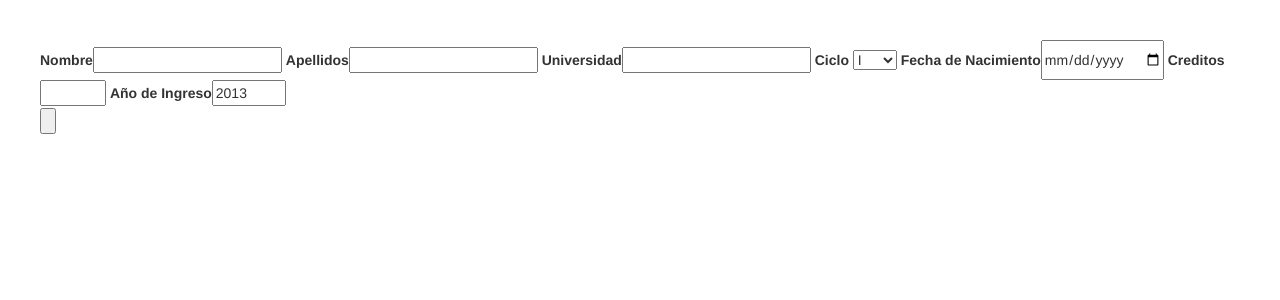
Repository: yoshitomimaehara/sdpa
Page: http://localhost/Sistema_de_Pruebas_Academicas/alumno_insertar.jsp
The author's editor kept a copy of each file at every save. The page is drawn from the files as they stood at one save, then again after the next save.
The browser window is 1280 px wide. The pictures show the whole page.
The page is served by Tomcat 9. Other server files are loaded and not shown.

Above is the page before, as saved 2013-10-06 22:26:02.
Console error: TypeError: $(...).alert is not a function

### Web/Sistema de Pruebas Academicas/Sistema de Pruebas Academicas/WebContent/alumno_insertar.jsp
<%@ page language="java" contentType="text/html; charset=ISO-8859-1"
    pageEncoding="ISO-8859-1"%>
<%@ taglib prefix="c" uri="http://java.sun.com/jsp/jstl/core" %>
<!DOCTYPE html>
<html>
<head>
<title></title>
<link rel="stylesheet" type="text/css" href="css\styles.css"/>
<link rel="stylesheet" href="css\bootstrap.min.css">
<script src="js\jquery.js"></script>
<script src="js\scripts.js"></script>

</head>
<body>
	<form>
		<label>Nombre</label><input type="text" />
		<label>Apellidos</label><input type="text"/>
		<label>Universidad</label><input type="text"/>
		<label>Ciclo</label>
		<c:set var="ciclos" value="I,II,III,IV,V,VI,VII,VIII,IX,X,XI"></c:set>
		<select>
		<c:forTokens items="${ciclos}" delims="," var="ciclo">
		<option><c:out value="${ciclo}"></c:out></option>
		</c:forTokens>
		</select>
		<label>Fecha de Nacimiento</label><input type="date"/>
		<label>Creditos</label><input type="number" min="1" max="5" step="0.5"/>
		<label>Año de Ingreso</label><input type="number" min="2000" max="2013" value="2013"/>
		<br/>
		<input type="button"/>
	</form>
</body>
</html>

### Web/Sistema de Pruebas Academicas/Sistema de Pruebas Academicas/WebContent/css/styles.css
/*
Nombre:styles.css
Descripcion:Hoja de Estilos
Autores:Yoshitomi Maehara/Liliana Gonzales
Email:
*/
/* universal */
*{
}

/*etiquetas*/
body{
	padding:40px;
}

/* identificadores */
#ingresar{
	background-color: #5162F6;
	color:white;
}

#ingresar:hover{
	background-color: white;
	color:black;

}

#link_contrasenia{
	text-decoration:none;
}

#link_contrasenia:hover{
	text-decoration:none;
}

#academico{
	padding:10px;
	clear: none;
}

#academico:hover{
	display:block;
	padding:10px;
}

/* clases */
.cabecera_index{
  padding:0.8em;
  text-align:center;
  margin: 1em;
}

.login_index{
   border:solid 1px;
   -webkit-border-radius: 8px;
   -moz-border-radius: 8px;
   border-radius: 8px;

}

.alerta{

}

.pie_index{
	height:3em;
	padding:0.5em;
}

.menu_panel{

}
.menu_lista{
	list-style-type:none;
}

.menu_lista li{
	display:inline-block;
	padding:10px;
}

.imagen{
	padding:1em;
	height:30em;
	width:30em;
}

.contenedor{
	border:1px solid #A4A4A4;
	height:30em;
	-webkit-border-radius: 8px;
   	-moz-border-radius: 8px;
   	border-radius: 8px;
   	background-color:#F2F2F2;
}

.contenido_dentro{
	background-color:#F2F2F2;
	border:1px solid #A4A4A4;
	height:30em;
	-webkit-border-radius: 8px;
   	-moz-border-radius: 8px;
   	border-radius: 8px;
}

.menu_dentro{
	background-color:#F2F2F2;
	border:1px solid #A4A4A4;
	height:10em;
	-webkit-border-radius: 8px;
   	-moz-border-radius: 8px;
   	border-radius: 8px;
}

### Web/Sistema de Pruebas Academicas/Sistema de Pruebas Academicas/WebContent/js/scripts.js
/**
 * Nombre:script.js
 * Descripcion: Funciones JavaScript/JQuery
 * Autores:Yoshitomi Maehara/Liliana Gonzales
 * Email:
 */



$(document).ready(function(){
	$().alert();
});

$(function(){
	$('.accesos').click(function(e){
		e.preventDefault();
		$('#main').load($(this).attr('href'));
	});
});

$(function(){
	$('.enlaces').click(function(e){
		e.preventDefault();
		$('#contenido').load($(this).attr('href'));
	});
});

Loaded but not shown: Web/Sistema de Pruebas Academicas/Sistema de Pruebas Academicas/WebContent/css/bootstrap.min.css (library); Web/Sistema de Pruebas Academicas/Sistema de Pruebas Academicas/WebContent/js/jquery.js (library)

After the next save:
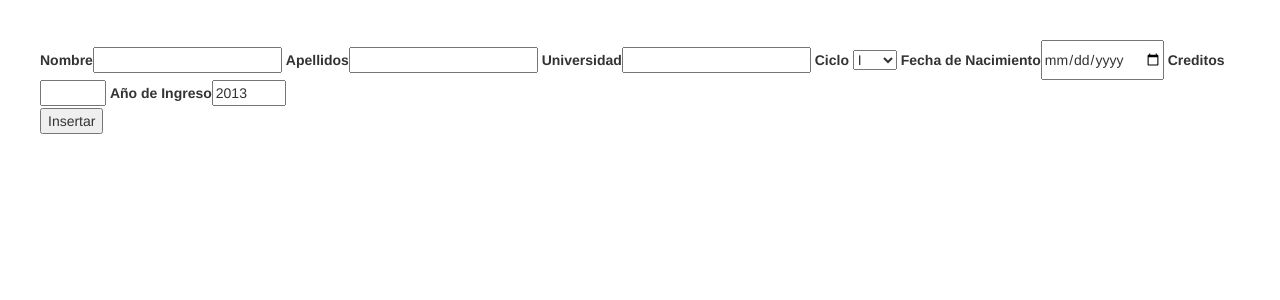
Saved 10 s later.
--- a/Web/Sistema de Pruebas Academicas/Sistema de Pruebas Academicas/WebContent/alumno_insertar.jsp
+++ b/Web/Sistema de Pruebas Academicas/Sistema de Pruebas Academicas/WebContent/alumno_insertar.jsp
@@ -27,7 +27,7 @@
 		<label>Creditos</label><input type="number" min="1" max="5" step="0.5"/>
 		<label>Año de Ingreso</label><input type="number" min="2000" max="2013" value="2013"/>
 		<br/>
-		<input type="button"/>
+		<input type="button" value="Insertar"/>
 	</form>
 </body>
 </html>
